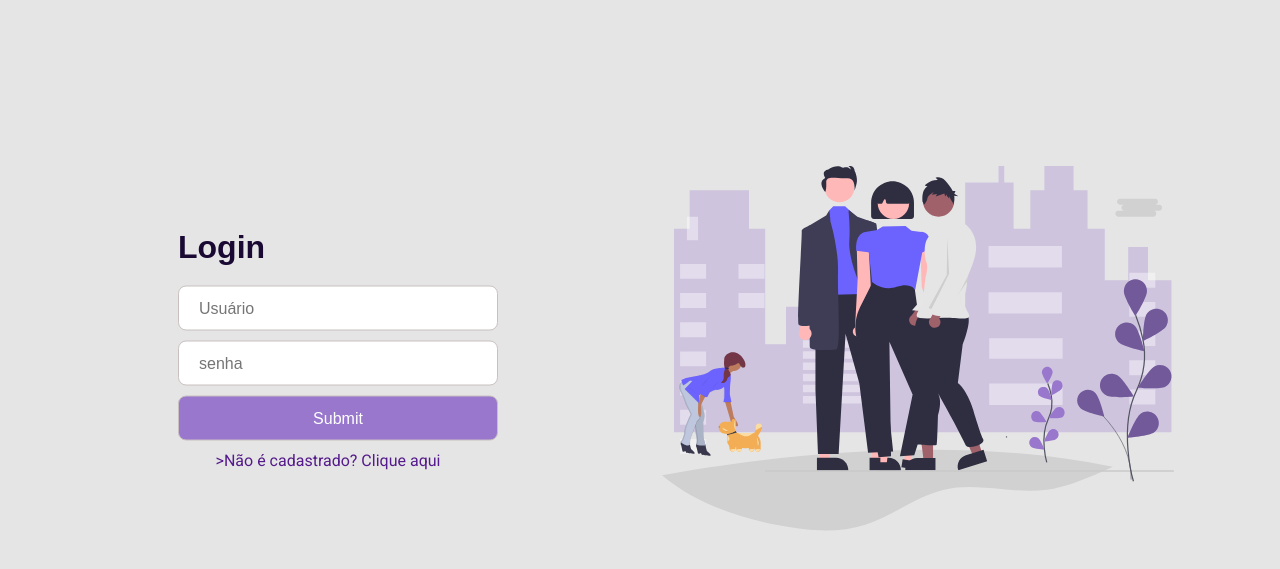
Repository: Dirlandia404/Casos
Page: src/pages/login.html
An editor plug-in stored every save of this project. The page is shown before and after the next save, followed by the edit.
The browser window is 1280 px wide. The pictures show the whole page.

Above is the page before, as saved 2021-07-14 09:54:15.

After the next save:
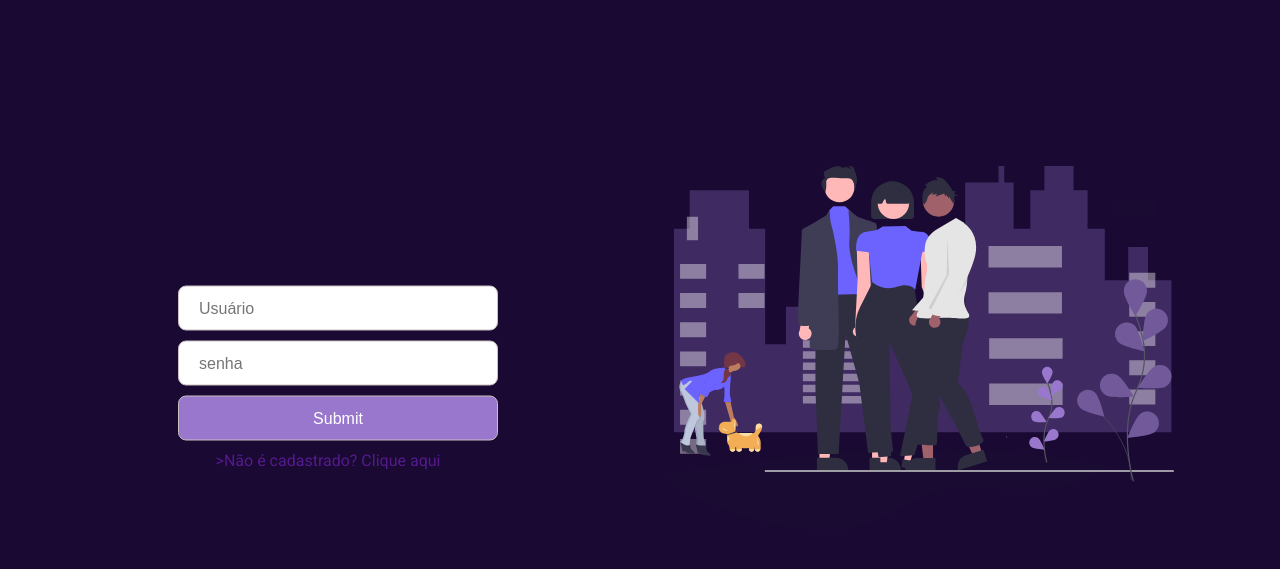
Saved 54 s later.
--- a/src/style/midia.css
+++ b/src/style/midia.css
@@ -33,7 +33,7 @@ html{
     font-family: 'Roboto', sans-serif;
 }
 body{
-    background: #E5E5E5;
+
     -webkit-font-smoothing: antialiased;
 }
 a{
